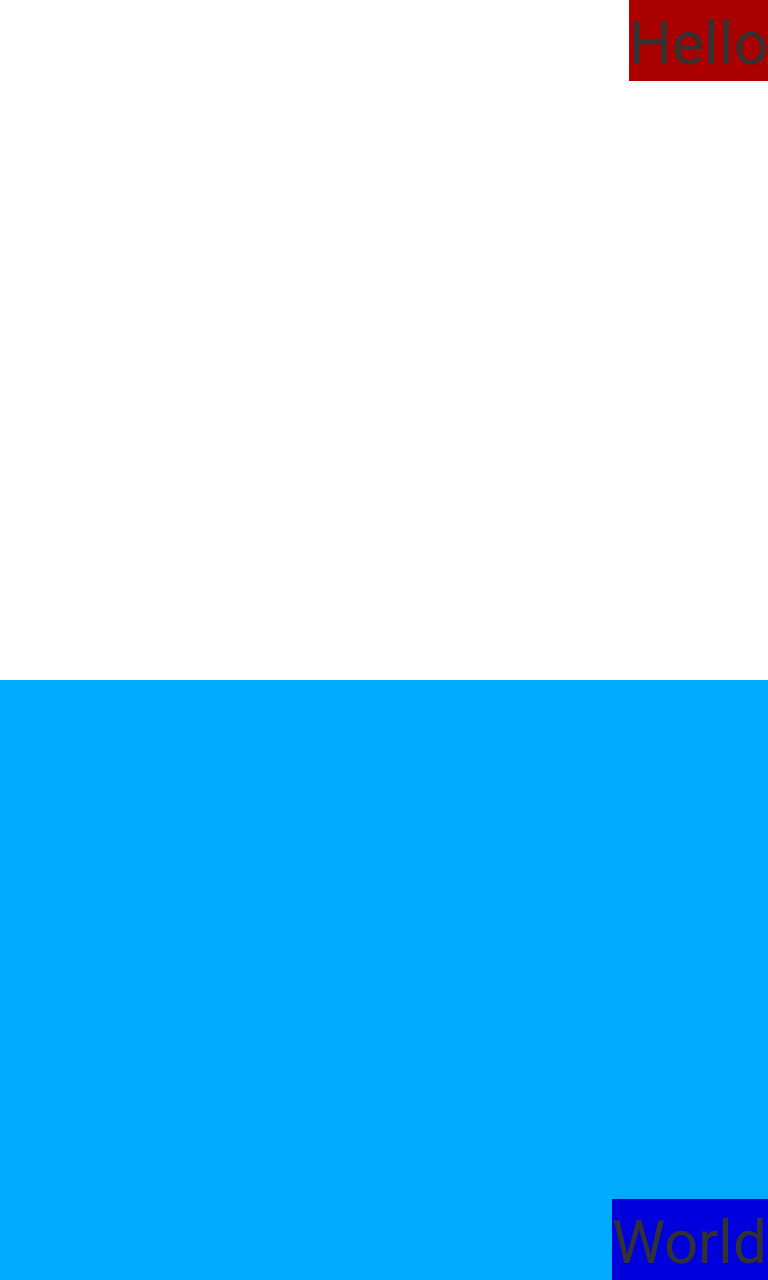
Repository: mrhanliang/Android_4.2
Layout: S01_E14_RelativeLayout/res/layout/activity_main.xml
An editor plug-in stored every save of this project. The layout is shown before and after the next save, followed by the edit.
It is drawn on a 768 x 1280 px phone screen (xhdpi) without system bars, with theme AppTheme; the app's code is not run.

Above is the layout before, as saved 2015-12-02 04:08:14.

After the next save:
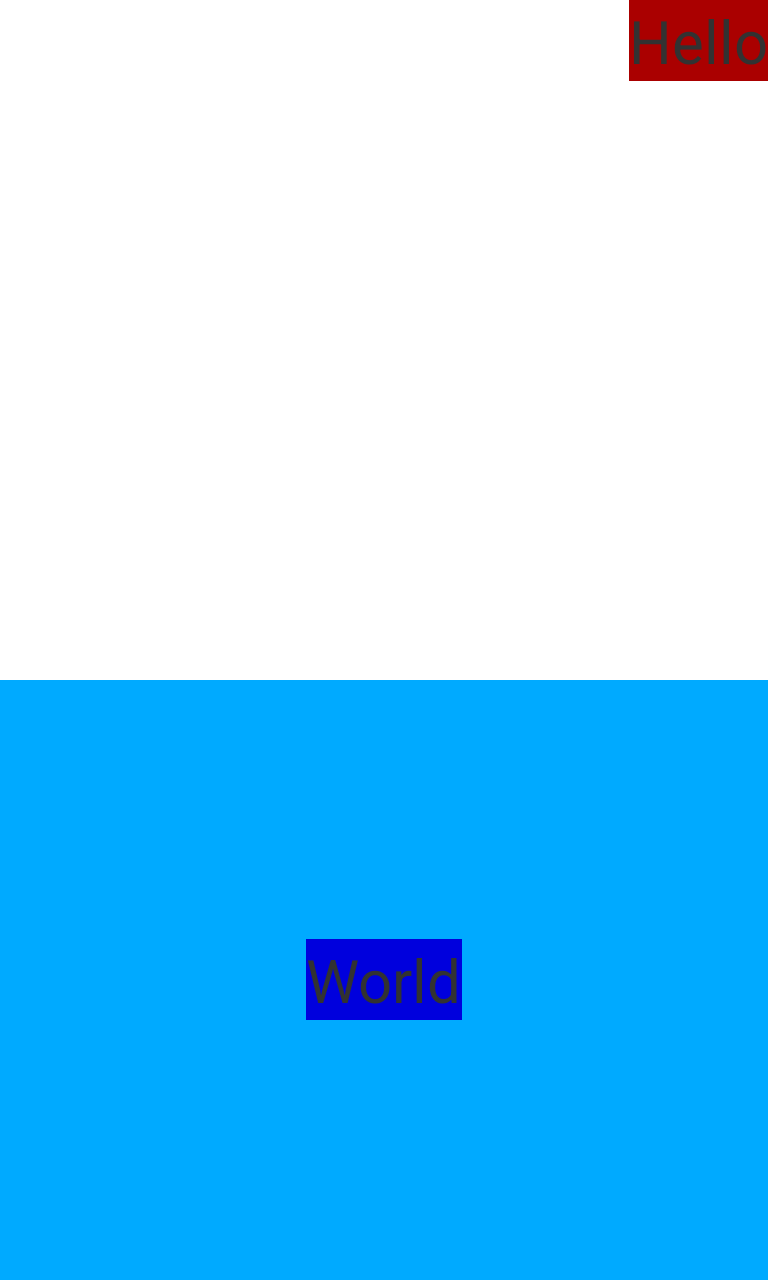
Saved 11 min 46 s later.
--- a/S01_E14_RelativeLayout/res/layout/activity_main.xml
+++ b/S01_E14_RelativeLayout/res/layout/activity_main.xml
@@ -15,8 +15,7 @@
             android:layout_height="wrap_content"
             android:background="#0000DD"
             android:textSize="30dp"
-            android:layout_alignParentRight="true"
-            android:layout_alignParentBottom="true"
+            android:layout_centerInParent="true"
             android:text="World"
             />
         </RelativeLayout>
